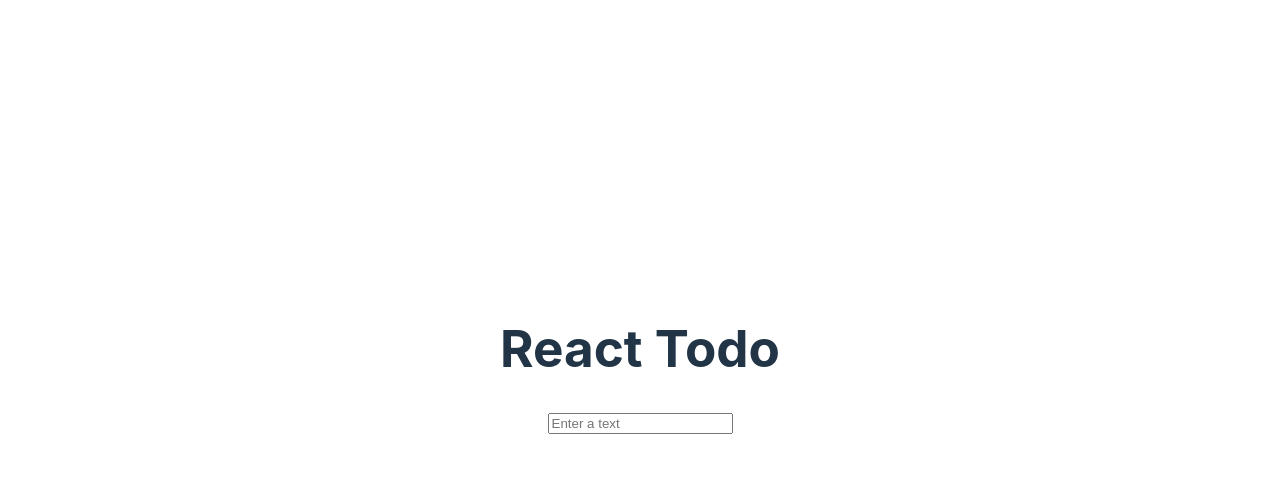
Repository: feyroozecode/React-Todo
Page: /
An editor plug-in stored every save of this project. The page is shown before and after a run of saves, followed by the edit.
The browser window is 1280 px wide. The pictures show the whole page.
The project was rebuilt for these pictures with package versions that can differ from the ones it lists, and the page was loaded fresh each time. Also part of the build but not shown: vite.config.js, src/components/add_field.jsx.

Above is the page before, as saved 2023-09-21 10:25:29.

### src/App.jsx
import { useState } from 'react'

import './App.css'
import './components/add_field'

export default function App() {

  const todos = useState([])
  const [input, setInput] = useState('')

  const handleInputChange = (e) =>  {
    setInput(e.target.value)
  }

  return (
    <>
      <div>
        <center> <h1> React Todo </h1> </center>
      </div>

      <div>
        <input
            type="text"
            placeholder='Enter a text'
            value={input}
            onChange={handleInputChange}
            />


    </div>

    <itemsList />

    </>
  )
}


function itemsList(todos) {
  todos.map((todo, index) =>{
   <ul>
     <li key={index}>
      { todo.text }
    </li>
   </ul>
  })
}

function addToList(todo) {

}

Loaded but not shown: index.html (common file); src/main.jsx (common file); src/index.css (common file); src/App.css (common file)

After the next 2 saves:
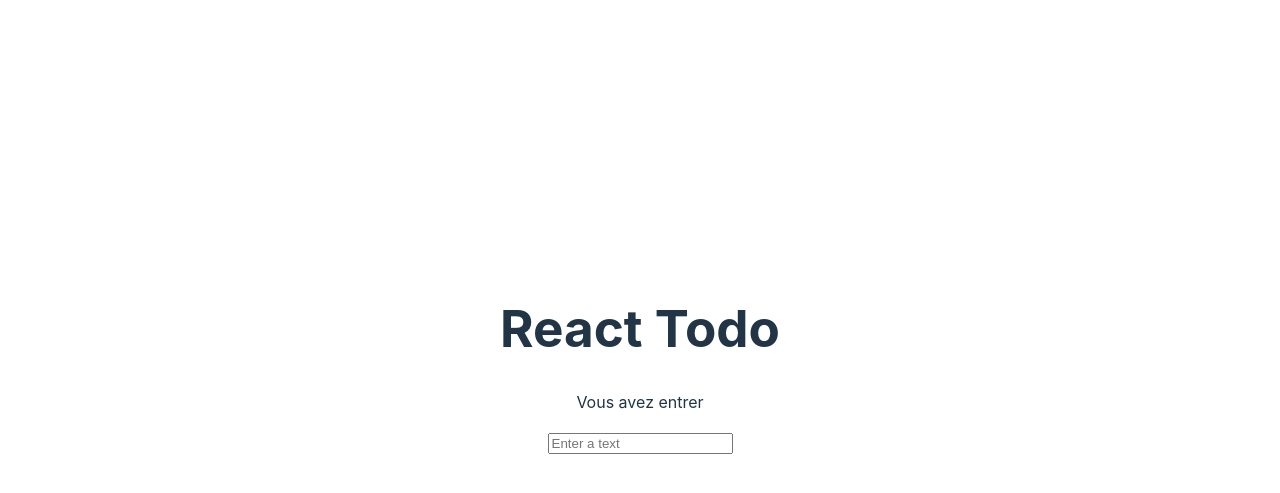
The 2 saves are shown as one change because they came seconds apart.
The last was saved 9 s later.
--- a/src/App.jsx
+++ b/src/App.jsx
@@ -19,6 +19,9 @@
       </div>
 
       <div>
+      <p>
+            Vous avez entrer <strong> { input } </strong>
+                </p>
         <input
             type="text"
             placeholder='Enter a text'
